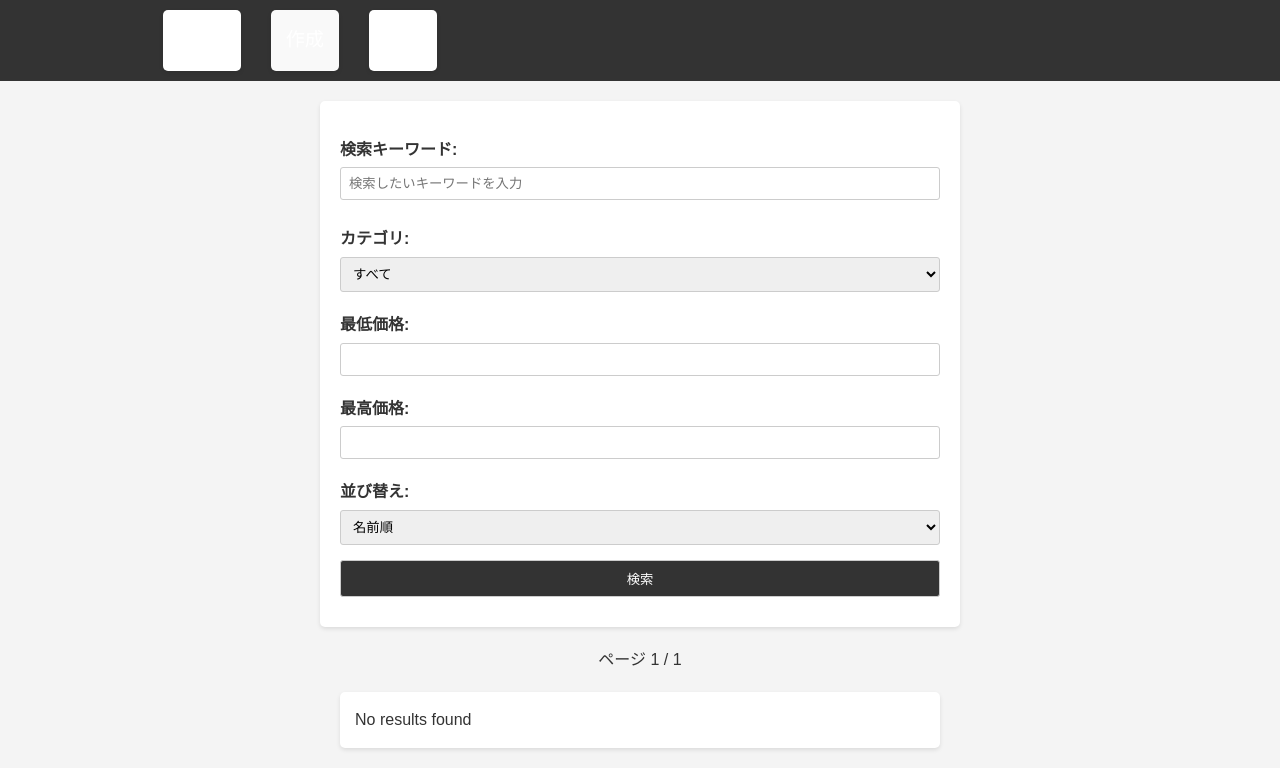
Repository: mamesuke7274/2024_kouki_kuwayamasyoutarou
Page: http://localhost/
An editor plug-in stored every save of this project. The page is shown before and after a run of saves, followed by the edit.
The browser window is 1280 px wide. The pictures show the whole page.
The page is served by the project's application, run on Django 4.2 (manage.py). Other server files are loaded and not shown. Queries for data that is not in the repository find no rows.

Above is the page before, as saved 2024-10-21 14:55:31.

### search_app/views.py
from django.shortcuts import render, get_object_or_404, redirect
from .models import Product, Category
from .forms import ProductForm, SearchForm
from django.core.paginator import Paginator

def product_create(request):
    if request.method == 'POST':
        form = ProductForm(request.POST)
        if form.is_valid():
            form.save()
            return redirect('product_list')
    else:
        form = ProductForm()
    return render(request, 'product_form.html', {'form': form})

def product_detail(request, pk):
    product = get_object_or_404(Product, pk=pk)

    return render(request, 'product_detail.html', {'product': product})

def product_update(request, pk):
    product = get_object_or_404(Product, pk=pk)
    if request.method == 'POST':
        form = ProductForm(request.POST, instance=product)
        if form.is_valid():
            form.save()
            return redirect('product_detail', pk=product.pk)
    else:
        form = ProductForm(instance=product)
    # product オブジェクトをテンプレートに渡す
    return  render(request,  'product_form.html',  {'form':  form,  'product': product})

def product_delete(request, pk):
    product = get_object_or_404(Product, pk=pk)
    if request.method == 'POST':
        product.delete()
        return redirect('product_list')
    return render(request, 'product_confirm_delete.html', {'product': product})

def product_list(request):
    products = Product.objects.all()
    print(products)
    return render(request, 'product_list.html', {'products': products})

def search_view(request):
    form = SearchForm(request.GET or None)
    results = Product.objects.all()  # クエリセットの初期化
    if form.is_valid():
        query = form.cleaned_data['query']
        if query:
            results = results.filter(name__icontains=query)
    # カテゴリフィルタリング
    category_name = request.GET.get('category')
    if category_name:
        try:
            # カテゴリ名に基づいてカテゴリIDを取得
            category = Category.objects.get(name=category_name)
            results = results.filter(category_id=category.id)
        except Category.DoesNotExist:
            results = results.none() # 存在しないカテゴリの場合、結果を空にする
            category = None

    # 価格のフィルタリング（最低価格・最高価格）
    min_price = request.GET.get('min_price')
    max_price = request.GET.get('max_price')
    if min_price:
        results = results.filter(price__gte=min_price)
    if max_price:
        results = results.filter(price__lte=max_price)

    # 並び替え処理
    sort_by = request.GET.get('sort', 'name')
    if sort_by == 'price_asc':
        results = results.order_by('price')
    elif sort_by == 'price_desc':
        results = results.order_by('-price')

    # クエリセットをリストに変換せず、直接Paginatorに渡す
    paginator = Paginator(results, 10)
    page_number = request.GET.get('page')
    page_obj = paginator.get_page(page_number)

    return render(request, 'search.html', {'form': form, 'page_obj': page_obj, 'results': results})

### search_app/templatetags/custom_filters.py
from django import template

register = template.Library()

@register.filter
def to(value):
    try:
        return range(1, value + 1)
    except TypeError:
        return []

### search_app/templates/search.html
<!DOCTYPE html>
<html lang="en">

<head>
    <meta charset="UTF-8">
    <meta name="viewport" content="width=device-width, initial-scale=1.0">
    <title>search_app</title>
</head>

<body>
    <style>
        /* 全体の基本スタイル */
        body {
            font-family: Arial, sans-serif;
            line-height: 1.6;
            margin: 0;
            padding: 0;
            background-color: #f4f4f4;
            color: #333;
        }

        header {
            background-color: #333;
            color: #fff;
            padding: 10px 0;
        }

        nav ul {
            list-style: none;
            padding: 0;
            display: flex;
            justify-content: center;
            margin: 0;
        }

        nav ul li {
            margin: 0 15px;
        }

        nav ul li a {
            color: #fff;
            text-decoration: none;
            font-size: 1.2em;
            transition: color 0.3s;
        }

        nav ul li a:hover {
            color: #ddd;
        }

        /* フォームスタイル */
        form {
            background: #fff;
            padding: 20px;
            margin: 20px auto;
            max-width: 600px;
            border-radius: 5px;
            box-shadow: 0 2px 4px rgba(0, 0, 0, 0.1);
        }

        form label {
            display: block;
            margin-top: 10px;
            font-weight: bold;
        }

        form input,
        form select,
        form button {
            width: 100%;
            padding: 8px;
            margin-top: 5px;
            margin-bottom: 10px;
            border: 1px solid #ccc;
            border-radius: 3px;
            box-sizing: border-box;
        }

        form button {
            background-color: #333;
            color: #fff;
            cursor: pointer;
            transition: background-color 0.3s;
        }

        form button:hover {
            background-color: #555;
        }

        /* ページネーションスタイル */
        .pagination {
            text-align: center;
            margin: 20px 0;
        }

        .pagination a {
            text-decoration: none;
            color: #333;
            margin: 0 5px;
            padding: 5px 10px;
            border: 1px solid #333;
            border-radius: 3px;
            transition: background-color 0.3s, color 0.3s;
        }

        .pagination a:hover {
            background-color: #333;
            color: #fff;
        }

        .pagination span {
            display: inline-block;
            margin: 0 5px;
        }

        /* 商品リストスタイル */
        ul {
            list-style: none;
            padding: 0;
            max-width: 600px;
            margin: 20px auto;
        }

        ul li {
            background: #fff;
            margin-bottom: 10px;
            padding: 15px;
            border-radius: 5px;
            box-shadow: 0 2px 4px rgba(0, 0, 0, 0.1);
        }

        ul li:nth-child(even) {
            background-color: #f9f9f9;
        }

        ul li:hover {
            background-color: #f0f0f0;
        }
    </style>
    <header>
        <nav>
            <ul>
                <li><a href="{% url 'search_view' %}">home</a></li>
                <li><a href="{% url 'product_create' %}">作成</a></li>
                <li><a href="{% url 'product_list' %}">一覧</a></li>
            </ul>
        </nav>
    </header>
    <form method="get">
        {{ form.as_p }}
        <label for="category">カテゴリ:</label>
        <select name="category">
            <option value="">すべて</option>
            <option value="プログラミング">本</option>
            <option value="電子機器">電子機器</option>
        </select>
        <label for="min_price">最低価格:</label>
        <input type="number" name="min_price" min="0">
        <label for="max_price">最高価格:</label>
        <input type="number" name="max_price" min="0">
        <!-- 並び替えの選択 -->
        <label for="sort">並び替え:</label>
        <select name="sort">
            <option value="name">名前順</option>
            <option value="price_asc">価格が安い順</option>
            <option value="price_desc">価格が高い順</option>
        </select>
        <button type="submit">検索</button>
    </form>
    <div class="pagination">
        <span class="step-links">
            {% if page_obj.has_previous %}
            <a href="?page=1">最初</a>
            <a href="?page={{ page_obj.previous_page_number }}">前へ</a>
            {% endif %}

            <span>ページ {{ page_obj.number }} /
                {{ page_obj.paginator.num_pages }}</span>

            {% if page_obj.has_next %}
            <a href="?page={{ page_obj.next_page_number }}">次へ</a>
            <a href="?page={{ page_obj.paginator.num_pages }}">最後</a>
            {% endif %}
        </span>
    </div>
    <ul>
        {% for product in page_obj %}
        <li>{{ product.name }} - {{ product.price }}</li>
        {% empty %}
        <li>No results found</li>
        {% endfor %}
    </ul>



</body>

</html>

### search_app/forms.py
from django import forms
from .models import Product

class SearchForm(forms.Form):
    query = forms.CharField(
        label='検索キーワード',
        max_length=100,
        required=False,
        widget=forms.TextInput(attrs={'placeholder': '検索したいキーワードを入力'})
    )

class ProductForm(forms.ModelForm):
    class Meta:
        model = Product
        fields = ['name', 'description', 'price', 'category']

### search_project/urls.py
from django.contrib import admin
from django.urls import path,include

urlpatterns = [
    path('admin/', admin.site.urls),
    path('', include('search_app.urls')),
]

### search_app/urls.py
from django.urls import path
from . import views
urlpatterns = [
    path('', views.search_view, name='search'),
    path('search/', views.search_view, name='search_view'),
    path('product/new/', views.product_create, name='product_create'),
    path('product/<int:pk>/', views.product_detail, name='product_detail'),
    path('product/<int:pk>/edit/',  views.product_update, name='product_update'),
    path('product/<int:pk>/delete',  views.product_delete, name='product_delete'),
    path('product/', views.product_list, name='product_list'),
]

After the next 4 saves:
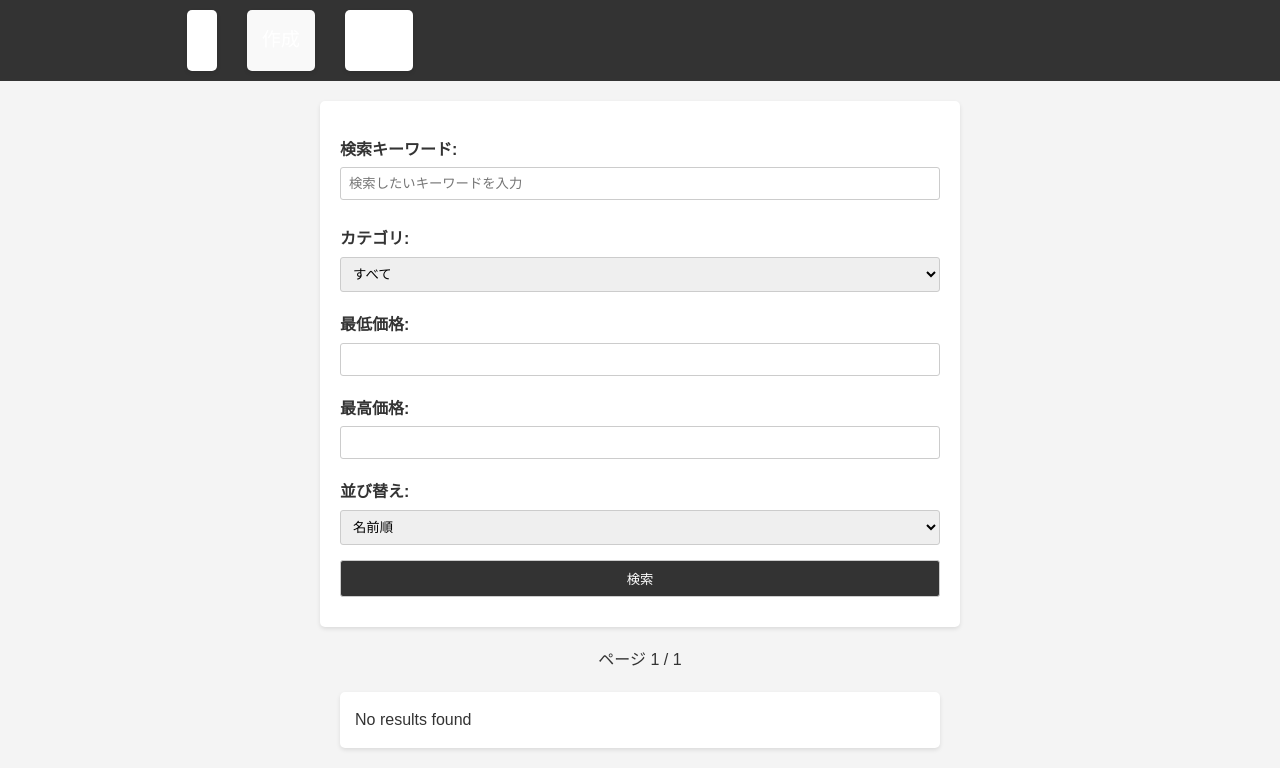
The 4 saves are shown as one change because they came seconds apart.
The last was saved 47 h 37 min later.
--- a/search_app/templates/search.html
+++ b/search_app/templates/search.html
@@ -140,7 +140,7 @@
     <header>
         <nav>
             <ul>
-                <li><a href="{% url 'search_view' %}">home</a></li>
+                <li><a href="{% url 'search_view' %}"><style ></style></a></li>
                 <li><a href="{% url 'product_create' %}">作成</a></li>
                 <li><a href="{% url 'product_list' %}">一覧</a></li>
             </ul>

After the save that followed:
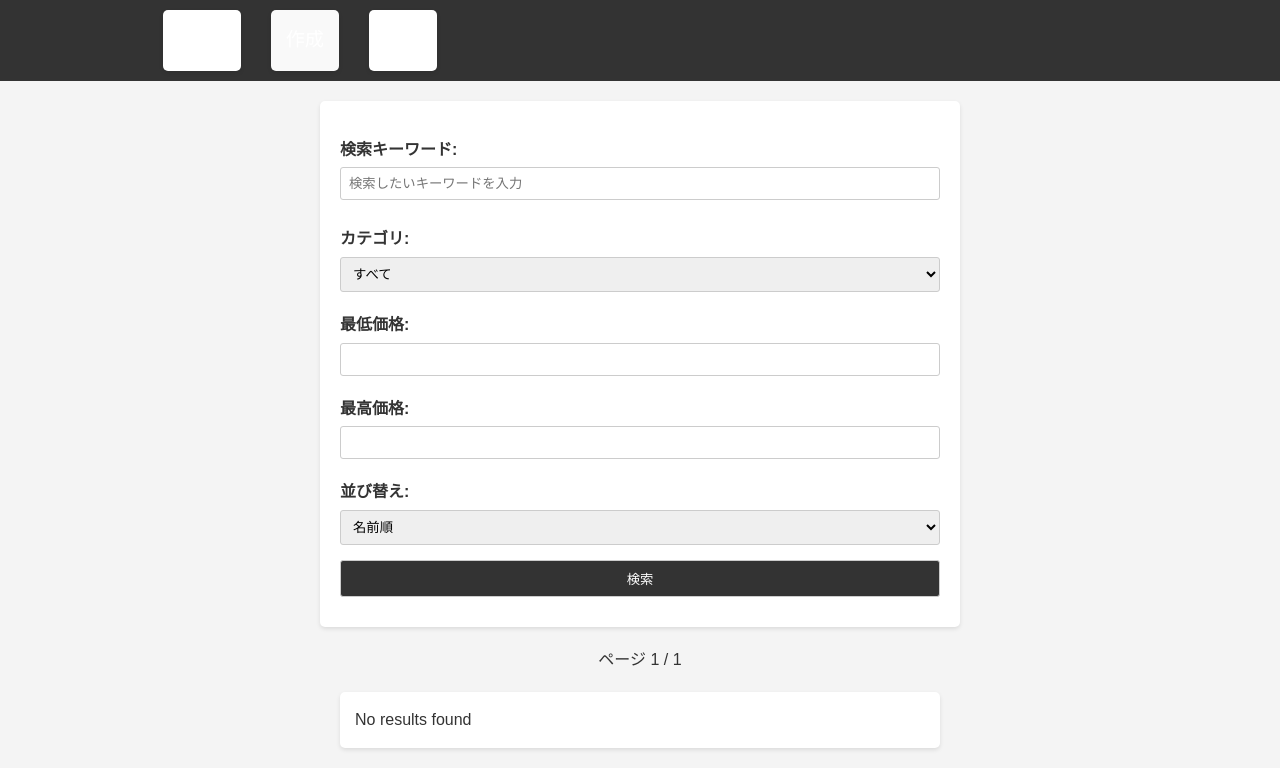
Saved 6 s later.
--- a/search_app/templates/search.html
+++ b/search_app/templates/search.html
@@ -140,7 +140,7 @@
     <header>
         <nav>
             <ul>
-                <li><a href="{% url 'search_view' %}"><style ></style></a></li>
+                <li><a href="{% url 'search_view' %}">home</a></li>
                 <li><a href="{% url 'product_create' %}">作成</a></li>
                 <li><a href="{% url 'product_list' %}">一覧</a></li>
             </ul>
